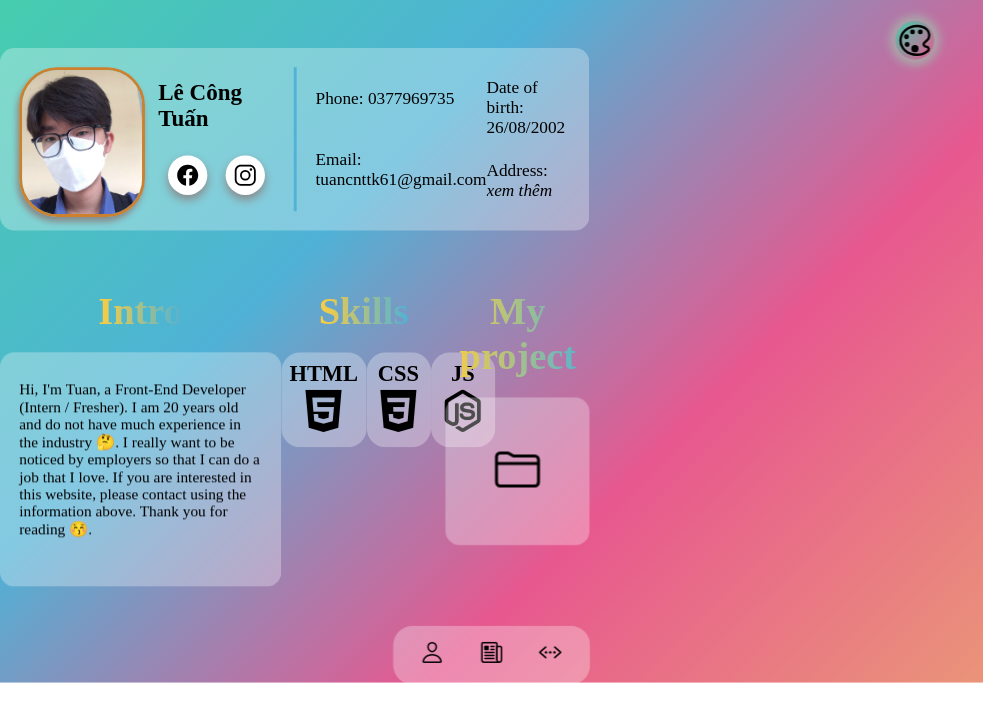
Repository: LeCongTuan2608/Profile
Page: index.html
These files come from the project's save history. The page is drawn as it stood at one moment and after the next save; the edit follows.
The browser window is 1024 px wide. The pictures show the whole page, at 96% of full size.
Backgrounds fixed to the window are drawn as part of the page. The style sheet was rebuilt from its Sass, Less or Tailwind sources for each picture, by a compiler version that may differ from the author's.

Above is the page before, as saved 2022-05-05 12:19:25.

### index.html
<!DOCTYPE html>
<html lang="en">
   <head>
      <meta charset="UTF-8" />
      <meta http-equiv="X-UA-Compatible" content="IE=edge" />
      <meta name="viewport" content="width=device-width, initial-scale=1.0" />

      <script type="module" src="https://unpkg.com/ionicons@5.5.2/dist/ionicons/ionicons.esm.js"></script>
      <script nomodule src="https://unpkg.com/ionicons@5.5.2/dist/ionicons/ionicons.js"></script>

      <link rel="preconnect" href="https://fonts.googleapis.com" />
      <link rel="preconnect" href="https://fonts.gstatic.com" crossorigin />
      <link href="https://fonts.googleapis.com/css2?family=Pacifico&display=swap" rel="stylesheet" />

      <link href="https://unpkg.com/aos@2.3.1/dist/aos.css" rel="stylesheet" />
      <script src="https://unpkg.com/aos@2.3.1/dist/aos.js"></script>

      <link rel="stylesheet" href="./sass/css/style.css" />
      <title>Profile</title>
   </head>
   <body>
      <div class="container">
         <div class="palette">
            <ion-icon name="color-palette-outline"></ion-icon>
            <div class="list-color">
               <ul>
                  <li class="bgr-color"></li>
                  <li class="bgr-color"></li>
                  <li class="bgr-color"></li>
               </ul>
            </div>
         </div>

         <div class="contents">
            <div data-aos="flip-left" data-aos-duration="1500">
               <div class="card-info">
                  <div class="personal-information">
                     <div class="image">
                        <div class="user-image">
                           <img src="./images/1.JPG" alt="" />
                        </div>
                        <div class="user-intro">
                           <h2>Lê Công Tuấn</h2>
                           <div class="user-intro-navigation">
                              <div class="navigation-fb">
                                 <a href="https://www.facebook.com/profile.php?id=100026041985048"
                                    ><ion-icon name="logo-facebook"></ion-icon
                                 ></a>
                                 <span>facebook</span>
                              </div>
                              <div class="navigation-ins">
                                 <a href="https://www.instagram.com/tuanle2608/"
                                    ><ion-icon name="logo-instagram"></ion-icon
                                 ></a>
                                 <span>instagram</span>
                              </div>
                           </div>
                        </div>
                     </div>
                     <div class="contact">
                        <div class="contact-info">
                           <span>Phone: 0377969735</span>
                           <span>Email: tuancnttk61@gmail.com</span>
                        </div>
                        <div class="contact-info">
                           <span>Date of birth: 26/08/2002</span>
                           <span>Address: <i id="see">xem thêm</i></span>
                        </div>
                     </div>
                  </div>
               </div>
            </div>
            <div class="card-intro">
               <div class="intro-yourself">
                  <div class="title">
                     <div data-aos="fade-up" data-aos-duration="1000">
                        <h1>Intro</h1>
                     </div>
                  </div>
                  <div data-aos="flip-down" data-aos-duration="1000">
                     <div class="intro-content">
                        <p>
                           Hi, I'm Tuan, a Front-End Developer (Intern / Fresher). I am 20 years old and do not have
                           much experience in the industry 🤔. I really want to be noticed by employers so that I can do
                           a job that I love. If you are interested in this website, please contact using the
                           information above. Thank you for reading 😚.
                        </p>
                     </div>
                  </div>
               </div>

               <div class="my-skills">
                  <div class="title">
                     <div data-aos="fade-down" data-aos-easing="linear" data-aos-duration="300">
                        <h1>Skills</h1>
                     </div>
                  </div>
                  <div class="skills-content">
                     <div class="list-skills">
                        <div data-aos="fade-right">
                           <h3>HTML</h3>
                           <ion-icon name="logo-html5"></ion-icon>
                        </div>

                        <div data-aos="fade-down">
                           <h3>CSS</h3>
                           <ion-icon name="logo-css3"></ion-icon>
                        </div>

                        <div data-aos="fade-left">
                           <h3>JS</h3>
                           <ion-icon name="logo-nodejs"></ion-icon>
                        </div>
                     </div>
                  </div>
               </div>

               <div class="my-project">
                  <div class="title">
                     <div data-aos="fade-up" data-aos-anchor-placement="bottom-bottom">
                        <h1>My project</h1>
                     </div>
                  </div>
                  <div class="project-box">
                     <div data-aos="zoom-in">
                        <div class="box">
                           <ion-icon name="folder-outline"></ion-icon>
                        </div>
                     </div>
                  </div>
               </div>
            </div>
         </div>

         <div class="box-container">
            <div class="list-project">
               <div class="close">
                  <ion-icon name="close-circle-outline"></ion-icon>
               </div>

               <ul>
                  <li>
                     <a href="https://lecongtuan2608.github.io/Youtube/">https://lecongtuan2608.github.io/Youtube/</a>
                  </li>
                  <li><a href="https://lecongtuan2608.github.io/music/">https://lecongtuan2608.github.io/music/</a></li>
               </ul>
            </div>
         </div>
         <div class="toolbar">
            <div class="tollbar-list">
               <ul>
                  <li><ion-icon name="person-outline"></ion-icon></li>
                  <li><ion-icon name="newspaper-outline"></ion-icon></li>
                  <li><ion-icon name="code-working-outline"></ion-icon></li>
               </ul>
            </div>
         </div>
      </div>
   </body>
   <script>
      AOS.init();
   </script>
   <script src="./js/app.js"></script>
</html>

### js/app.js
const open_project = document.querySelector('.box');
const box_container = document.querySelector('.box-container');
const close_box = document.querySelector('.close');
const list_project = document.querySelector('.list-project');
open_project.addEventListener('click', function () {
   box_container.classList.add('open');
});
close_box.addEventListener('click', function () {
   box_container.classList.remove('open');
});
box_container.addEventListener('click', function () {
   box_container.classList.remove('open');
});
list_project.addEventListener('click', function (event) {
   event.stopPropagation();
});

const palette = document.querySelector('.palette');
var bgr_colors = document.querySelectorAll('.bgr-color');
const container = document.querySelector('.container');
const text_colors = document.querySelectorAll('.title h1');
function bgr_change() {
   for (let i = 0; i < bgr_colors.length; i++) {
      bgr_colors[i].addEventListener('click', function () {
         bgr_colors = i;
         if (bgr_colors == 0) {
            for (let text_color of text_colors) {
               text_color.classList.remove('text-color-2');
               text_color.classList.remove('text-color-3');
               text_color.classList.add('text-color-1');
            }
            container.classList.remove('bgr-color-2');
            container.classList.remove('bgr-color-3');
            container.classList.add('bgr-color-1');
         } else if (bgr_colors == 1) {
            for (let text_color of text_colors) {
               text_color.classList.remove('text-color-1');
               text_color.classList.remove('text-color-3');
               text_color.classList.add('text-color-2');
            }
            container.classList.remove('bgr-color-1');
            container.classList.remove('bgr-color-3');
            container.classList.add('bgr-color-2');
         } else if (bgr_colors == 2) {
            for (let text_color of text_colors) {
               text_color.classList.remove('text-color-1');
               text_color.classList.remove('text-color-2');
               text_color.classList.add('text-color-3');
            }
            container.classList.remove('bgr-color-1');
            container.classList.remove('bgr-color-2');
            container.classList.add('bgr-color-3');
         }
      });
   }
}
bgr_change();

### sass/style.scss
*{
    margin: 0;
    padding: 0;
}
html{
    width: 100%;
    height: 100%;
    padding: 0;
    margin: 0;
    font-family: 'Fredoka One', cursive;

}
body{
    width: 100%;
    height: auto;

}
.container{
    padding-top: 50px;
    width: 100%;
    height: auto;
    position: relative;
    background-image: linear-gradient(-45deg, #ea9479, #e7588f, #4fb2d6, #46cdae);
    background-attachment: fixed;
}
.bgr-color-1{
    background-image: linear-gradient(90deg, #74EBD5 0%, #9FACE6 100%);
    background-attachment: fixed;
}
.bgr-color-2{
    background-image: linear-gradient(to right, #eea2a2 0%, #bbc1bf 19%, #57c6e1 42%, #b49fda 79%, #7ac5d8 100%);
    background-attachment: fixed;
}
.bgr-color-3{
    background-image: linear-gradient(to top, #88d3ce 0%, #6e45e2 100%);
    background-attachment: fixed;
}
.palette{
    position: fixed;
    top: 3%;
    right: 5%;
    font-size: 40px;
}
.list-color ul{
    position: absolute;
}
.palette:hover ul li{
    display: block;
}
// chọn màu bgr
.list-color ul li:first-child{
    margin-bottom: 10px;
    background-image: linear-gradient(90deg, #74EBD5 0%, #9FACE6 100%);
}
.list-color ul li:nth-of-type(2){
    margin-bottom: 10px;
    background-image: linear-gradient(to right, #eea2a2 0%, #bbc1bf 19%, #57c6e1 42%, #b49fda 79%, #7ac5d8 100%);
}
.list-color ul li:last-child{
    background-image: linear-gradient(to top, #88d3ce 0%, #6e45e2 100%);

}

.list-color ul li{
    list-style-type: none;
    display: none;
    width: 40px;
    height: 40px;
    border-radius: 100rem;
    box-shadow: #3d3d3d -1px 2px 5px 2px;

}
.toolbar{
    width:  20%;
    border-radius: 20px;
    position: fixed;
    font-size: 25px;
    left: 50%;
    transform: translateX(-50%);
    bottom: 1%;
    background-color: rgba($color: white, $alpha: 0.3);
}
.tollbar-list{
    padding: 10px;
}
.toolbar ul{
    display: flex;
    justify-content: space-around;
}
.toolbar ul li {
    list-style-type: none;
    display: inline;
    border-radius: 100rem;
    cursor: pointer;
}
.toolbar ul li ion-icon{
    padding: 5px;
}
.toolbar ul li:hover {
background-color: #a5e296;
}
.palette ion-icon{
    background-image: linear-gradient(-45deg, #e7588f,#46cdae);
    border-radius: 100rem;
    box-shadow: #a9a9a9 0px 0px 10px 6px;
    cursor: pointer;
}
.contents{
    width: 100%;
    display: flex;
    flex-wrap: wrap;
    align-content: center;
    flex-direction: column;
}
.contents > div{
    width: 60%;
}
.card-info{
    background-color: rgba($color: white, $alpha: 0.3);
    border-radius: 15px;
}
.personal-information{
    padding: 20px;
    display: flex;

}
.image{
    display: flex;
    flex: 1;
    border-right: 3px solid;
    border-color:#4fb2d6;
    padding-right: 20px;
}
.user-image{
    width: 150px;
    height: 150px;
    // border: 3px solid;
    // border-image-source: linear-gradient(to top, #f64f59, #9634c8);
    // border-image-slice :1;
}
.user-image img{
    width: 100%;
    height: 100%;
    object-fit: cover;
    border-radius: 40px;
    border: solid;
    border-color: #cd802e;
    box-shadow: rgb(137, 137, 137) -2px 5px 7px 0px;


}
.user-intro{
    display: flex;
    margin-left: 20px;
    flex-direction: column;
    justify-content: space-around;
}
.user-intro-navigation{
    display: flex;
    justify-content: space-around;
}
.user-intro-navigation a{
    color: black;
    text-decoration: none;
}
.user-intro-navigation a > ion-icon{
    font-size: 25px;
    border-radius: 100rem;
    padding: 8px;
    background-color: white;
    box-shadow: rgb(137, 137, 137) 0px 5px 10px 0px;
}
.navigation-fb{
    position: relative;
}
.navigation-fb span{
    display: none;
}
.navigation-fb a > ion-icon:hover{
    background-color: rgb(153, 159, 248);
}
.navigation-fb:hover span{
    position: absolute;
    display: block;
    background-color: rgb(153, 159, 248);
    border-radius: 40px;
    padding: 5px;
    font-size: 18px;
    top: -95%;
    left: -50%;
    font-weight: 700;
    animation: intro ease 0.5s;
    z-index: 2;
}
.navigation-fb:hover::after{
    position: absolute;
    content: "";
    width: 13px;
    height: 13px;
    background-color: rgb(153, 159, 248);
    clip-path: polygon(50% 100%, 0 0, 100% 0);
    top: -25%;
    left: 30%;
    animation: intro ease 0.5s;
    z-index: 1;
}


.navigation-ins{
    position: relative;
}
.navigation-ins span{
    display: none;
}
.navigation-ins a > ion-icon:hover{
    background-color: rgb(64, 173, 177);
}
.navigation-ins:hover span{
    position: absolute;
    display: block;
    background-color: rgb(64, 173, 177);
    border-radius: 40px;
    padding: 5px;
    font-size: 18px;
    top: -95%;
    left: -50%;
    font-weight: 700;
    animation: intro ease 0.5s;
    z-index: 2;
}
.navigation-ins:hover::after{
    position: absolute;
    content: "";
    width: 13px;
    height: 13px;
    background-color: rgb(64, 173, 177);
    clip-path: polygon(50% 100%, 0 0, 100% 0);
    top: -25%;
    left: 30%;
    animation: intro ease 0.5s;
    z-index: 1;
}
.contact{
    flex: 1;
    display: flex;
    padding-left: 20px;
}
.contact-info{
    flex: 1;
    display: flex;
    flex-direction: column;
    justify-content: space-around;
}
.contact-info span{
    font-size: 18px;
    overflow: hidden;
}

.card-intro{
    margin-top: 30px;
    width: 60%;

}
.intro-yourself{
    margin: 30px 0 100px 0;
}
.title{
    text-align: center;
    margin-bottom: 20px;
    font-size: 20px;
}
.title h1{
    display: inline-block;
    background-image: linear-gradient( to right,#ffce3d, #4fb2d6);
    color: transparent;
    -webkit-background-clip: text;
    background-clip: text;
}
// đổi màu text
.text-color-1{
    background-image: linear-gradient(-225deg, #AC32E4 0%, #7918F2 48%, #4801FF 100%) !important;
}
.text-color-2{
    background-image: linear-gradient(-225deg, #A445B2 0%, #D41872 52%, #FF0066 100%) !important;
}
.text-color-3{
    background-image: linear-gradient(to top, #50cc7f 0%, #f5d100 100%) !important;
}

//===============
.intro-content{
    padding: 30px 20px 50px 20px;
    background-color: rgba($color: white, $alpha: 0.3);
    border-radius: 15px;
}

.my-skills {
    margin: 30px 0 100px 0;
}
.skills-content .list-skills{
    display: flex;
    justify-content: space-around;
}
.skills-content .list-skills div{
    padding: 5%;
    border-radius: 20px;
    background-color: rgba(255, 255, 255, 0.3);
    list-style-type: none;
    display: inline;
    text-align: center;
    font-size: 20px;
}

.skills-content .list-skills div ion-icon{
    font-size: 50px;
}
.my-project{
    margin: 30px 0 100px 0;

}
.project-box{
    display: flex;
    justify-content: center;
}
.box{
    background-color: rgba($color: white, $alpha: 0.3);
    border-radius: 15px;
    text-align: center;
    cursor: pointer;
}
.box:hover{
    transition-duration: 0.5s;
    transform: scale(1.1, 1.1);
    box-shadow: rgba(130, 130, 130, 0.773) 0px 1px 5px 2px;
}
.box > ion-icon{
    font-size: 50px;
    padding: 50px;
}
.box-container{
    position: fixed;
    top:0;
    left: 0;
    right: 0;
    bottom: 0;
    background-color: rgba( rgb(186, 186, 186), 0.5);
    display: none;
}
.open{
    display: block;
}
.list-project{
    position: absolute;
    left: 30%;
    right: 30%;
    top: 50%;
    transform: translateY(-50%);
    border-radius: 15px;
    background-color: white;
    box-shadow: rgb(137, 137, 137) 0px 5px 10px 0px;
    text-align: center;
    animation: intro ease 1s;

}
.close{
    position: absolute;
    width: 30px;
    height: 30px;
    right: 2%;
    top: 2%;
    font-size: 25px;
    cursor: pointer;
}
.list-project ion-icon:hover{
    color: red;
    border-radius: 100rem;

}
.list-project ul{
    padding: 50px 10px 30px 10px;
}
.list-project ul li{
    list-style-type: none;
}
.list-project ul li a{
    text-decoration: none;
    color: black;
}
.list-project ul li a:hover{
    color: rgb(53, 138, 213);
}
@keyframes intro{
    from {
        transform: translateY((100%));
    }
    to{
        transform: translateY((-50%));
    }
}
@media screen and (max-width:1060px) {
    .contents {
        margin: 0 10% 0 0;
        display: block;
    }
    .contents > div{
        display: flex;
    }
}

After the next save:
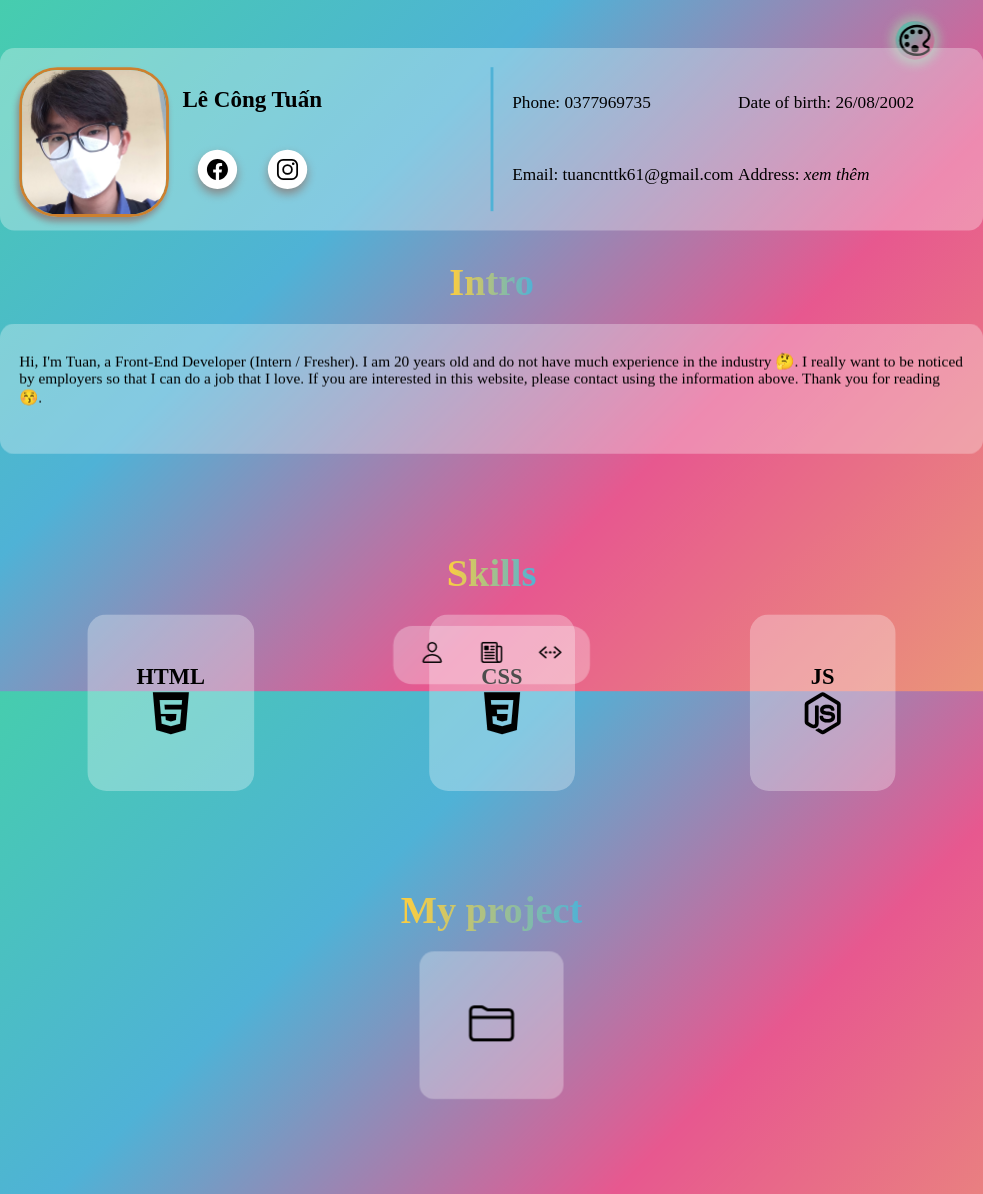
Saved 19 s later.
--- a/sass/style.scss
+++ b/sass/style.scss
@@ -403,6 +403,6 @@ background-color: #a5e296;
         display: block;
     }
     .contents > div{
-        display: flex;
+        width: 100%;
     }
 }
